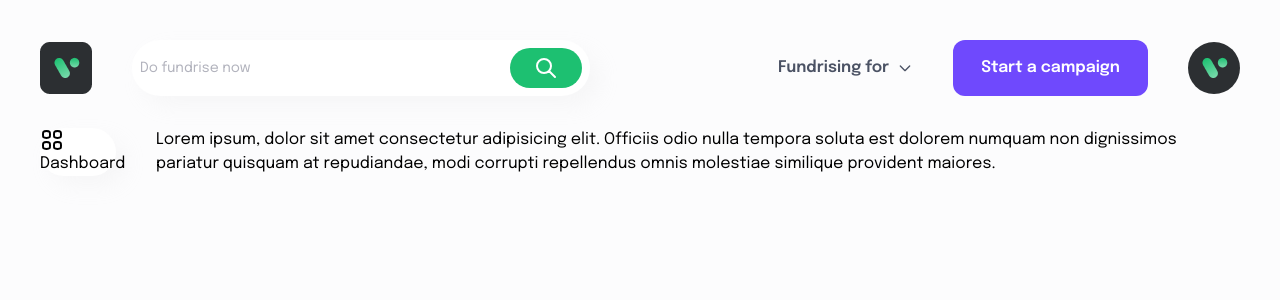
Repository: hoang0508/CrowFunding-APP
Page: /
The author's editor kept a copy of each file at every save. The page is drawn from the files as they stood at one save, then again after the next save.
The browser window is 1280 px wide. The pictures show the whole page.
The project was rebuilt for these pictures with package versions that can differ from the ones it lists, and the page was loaded fresh each time. Also part of the build but not shown: src/components/icons/IconEyeToggle.js, src/components/common/ErrorComponent.js, src/components/button/ButtonGoogle.js. Imported but missing from the stored project, and not drawn on this page: src/store/reducers.

Above is the page before, as saved 2022-07-21 09:33:04.

### public/index.html
<!DOCTYPE html>
<html lang="en">
  <head>
    <meta charset="utf-8" />
    <link rel="icon" href="%PUBLIC_URL%/favicon.ico" />
    <meta name="viewport" content="width=device-width, initial-scale=1" />
    <meta name="theme-color" content="#000000" />
    <meta
      name="description"
      content="Web site created using create-react-app"
    />
    <link rel="apple-touch-icon" href="%PUBLIC_URL%/logo192.png" />
    <!--
      manifest.json provides metadata used when your web app is installed on a
      user's mobile device or desktop. See https://developers.google.com/web/fundamentals/web-app-manifest/
    -->
    <link rel="manifest" href="%PUBLIC_URL%/manifest.json" />
    <!--
      Notice the use of %PUBLIC_URL% in the tags above.
      It will be replaced with the URL of the `public` folder during the build.
      Only files inside the `public` folder can be referenced from the HTML.

      Unlike "/favicon.ico" or "favicon.ico", "%PUBLIC_URL%/favicon.ico" will
      work correctly both with client-side routing and a non-root public URL.
      Learn how to configure a non-root public URL by running `npm run build`.
    -->
    <link rel="preconnect" href="https://fonts.googleapis.com" />
    <link rel="preconnect" href="https://fonts.gstatic.com" crossorigin />
    <link
      href="https://fonts.googleapis.com/css2?family=Epilogue:wght@400;500;600;700&display=swap"
      rel="stylesheet"
    />
    <title>Crowfunding App</title>
  </head>
  <body>
    <noscript>You need to enable JavaScript to run this app.</noscript>
    <div id="root"></div>
    <!--
      This HTML file is a template.
      If you open it directly in the browser, you will see an empty page.

      You can add webfonts, meta tags, or analytics to this file.
      The build step will place the bundled scripts into the <body> tag.

      To begin the development, run `npm start` or `yarn start`.
      To create a production bundle, use `npm run build` or `yarn build`.
    -->
  </body>
</html>

### src/index.js
import React from "react";
import { createRoot } from "react-dom/client";
import App from "./App";
import reportWebVitals from "./reportWebVitals";
import "./index.scss";
import { Provider } from "react-redux";
import { store } from "./store/configureStore";
import { BrowserRouter } from "react-router-dom";

const container = document.getElementById("root");
const root = createRoot(container);

root.render(
  <BrowserRouter>
    <Provider store={store}>
      <App />
    </Provider>
  </BrowserRouter>
);

// If you want to start measuring performance in your app, pass a function
// to log results (for example: reportWebVitals(console.log))
// or send to an analytics endpoint. Learn more: https://bit.ly/CRA-vitals
reportWebVitals();

### src/App.js
import React, { lazy, Suspense } from "react";
import { Route, Routes } from "react-router-dom";
const SignUpPage = lazy(() => import("./pages/SignUpPage"));
const SignInPage = lazy(() => import("./pages/SignInPage"));
const DashboardPage = lazy(() => import("pages/DashboardPage"));

function App() {
  return (
    <Suspense fallback={<></>}>
      <Routes>
        <Route path="/" element={<DashboardPage />}></Route>
        <Route path="/sign-up" element={<SignUpPage />}></Route>
        <Route path="/sign-in" element={<SignInPage />}></Route>
      </Routes>
    </Suspense>
  );
}

export default App;

### src/index.scss
@tailwind base;
@tailwind components;
@tailwind utilities;
@layer base {
  body {
    @apply font-primary text-base font-normal;
    line-height: 1.5;
  }
  input {
    @apply outline-none;
  }
}

input:focus + .error-input {
  display: none;
}

### src/store/configureStore.js
import { configureStore } from "@reduxjs/toolkit";
import createSagaMiddleware from "@redux-saga/core";
import logger from "redux-logger";
import { reducer } from "./reducers";
const sagaMiddleware = createSagaMiddleware();

export const store = configureStore({
  reducer: reducer,
  middleware: (gDM) => gDM().concat(logger, sagaMiddleware),
});
// sagaMiddleware.run(rootSaga);

### src/pages/DashboardPage.js
import LayoutDashboard from "layout/LayoutDashboard";
import React from "react";

const DashboardPage = () => {
  return (
    <LayoutDashboard>
      Lorem ipsum, dolor sit amet consectetur adipisicing elit. Officiis odio
      nulla tempora soluta est dolorem numquam non dignissimos pariatur quisquam
      at repudiandae, modi corrupti repellendus omnis molestiae similique
      provident maiores.
    </LayoutDashboard>
  );
};

export default DashboardPage;

### src/components/icons/index.js
export const { default: IconEyeToggle } = require("./IconEyeToggle");
export const { default: IconDashboard } = require("./IconDashboard");

### src/components/button/index.js
export const { default: Button } = require("./Button");
export const { default: ButtonGoogle } = require("./ButtonGoogle");

### src/layout/LayoutDashboard.js
import DashboardSidebar from "modules/dashboard/DashboardSidebar";
import DashboardTopbar from "modules/dashboard/DashboardTopbar";
import React from "react";

const LayoutDashboard = ({ children }) => {
  return (
    <div className="p-10 bg-lite min-h-screen">
      <DashboardTopbar></DashboardTopbar>
      <div className="flex items-start gap-x-10">
        <DashboardSidebar></DashboardSidebar>
        <div>{children}</div>
      </div>
    </div>
  );
};

export default LayoutDashboard;

### src/components/icons/IconDashboard.js
import React from "react";

const IconDashboard = () => {
  return (
    <span>
      <svg
        width={24}
        height={24}
        viewBox="0 0 24 24"
        fill="none"
        xmlns="http://www.w3.org/2000/svg"
      >
        <path
          fillRule="evenodd"
          clipRule="evenodd"
          d="M3 6.5C3 3.87479 3.02811 3 6.5 3C9.97189 3 10 3.87479 10 6.5C10 9.12521 10.0111 10 6.5 10C2.98893 10 3 9.12521 3 6.5Z"
          stroke="currentColor"
          strokeWidth={2}
          strokeLinecap="round"
          strokeLinejoin="round"
        />
        <path
          fillRule="evenodd"
          clipRule="evenodd"
          d="M14 6.5C14 3.87479 14.0281 3 17.5 3C20.9719 3 21 3.87479 21 6.5C21 9.12521 21.0111 10 17.5 10C13.9889 10 14 9.12521 14 6.5Z"
          stroke="currentColor"
          strokeWidth={2}
          strokeLinecap="round"
          strokeLinejoin="round"
        />
        <path
          fillRule="evenodd"
          clipRule="evenodd"
          d="M3 17.5C3 14.8748 3.02811 14 6.5 14C9.97189 14 10 14.8748 10 17.5C10 20.1252 10.0111 21 6.5 21C2.98893 21 3 20.1252 3 17.5Z"
          stroke="currentColor"
          strokeWidth={2}
          strokeLinecap="round"
          strokeLinejoin="round"
        />
        <path
          fillRule="evenodd"
          clipRule="evenodd"
          d="M14 17.5C14 14.8748 14.0281 14 17.5 14C20.9719 14 21 14.8748 21 17.5C21 20.1252 21.0111 21 17.5 21C13.9889 21 14 20.1252 14 17.5Z"
          stroke="currentColor"
          strokeWidth={2}
          strokeLinecap="round"
          strokeLinejoin="round"
        />
      </svg>
    </span>
  );
};

export default IconDashboard;

### src/components/button/Button.js
import React from "react";
import PropTypes from "prop-types";
import classNames from "utils/className";

const Button = ({
  type,
  children,
  className = "",
  isLoading = false,
  ...rest
}) => {
  const child = !!isLoading ? (
    <div className="w-10 h-10 border-4 border-white border-t-transparent border-b-transparent rounded-full animate-spin"></div>
  ) : (
    children
  );
  return (
    <button
      type={type}
      className={classNames(
        "font-semibold p-4 rounded-xl flex justify-center items-center min-h-[56px]  text-white",
        !!isLoading ? "opacity-50 pointer-events-none" : "",
        className
      )}
      // className={`font-semibold py-4 rounded-xl flex justify-center items-center min-h-[56px]
      // ${className} text-white ${
      //   !!isLoading ? "opacity-50 pointer-events-none" : ""
      // }`}
      {...rest}
    >
      {child}
    </button>
  );
};

Button.propTypes = {
  type: PropTypes.string.isRequired,
  className: PropTypes.string,
  children: PropTypes.node,
  isLoading: PropTypes.bool,
};

export default Button;

### src/modules/dashboard/DashboardSidebar.js
import { IconDashboard } from "components/icons";
import React from "react";
import { NavLink } from "react-router-dom";

const sidebarLinks = [
  {
    icon: <IconDashboard></IconDashboard>,
    title: "Dashboard",
    url: "/",
  },
];

const DashboardSidebar = () => {
  return (
    <div className="w-full md:w-[76px] rounded-3xl shadow-[10px_10px_20px_rgba(218,_213,_213,_0.15)] bg-white">
      {sidebarLinks.map((link) => (
        <NavLink to={link.url} key={link.title}>
          <span>{link.icon}</span>
          <span>{link.title}</span>
        </NavLink>
      ))}
    </div>
  );
};

export default DashboardSidebar;

### src/modules/dashboard/DashboardTopbar.js
import { Button } from "components/button";
import React from "react";
import DashboardFunc from "./DashboardFunc";
import DashboardSearch from "./DashboardSearch";

const DashboardTopbar = () => {
  return (
    <div className="flex items-center justify-between mb-8">
      <div className="flex items-center gap-x-10 flex-1">
        <img src="/logo.png" alt="crowfunding-app" />
        <div className="w-full max-w-[458px] ">
          <DashboardSearch></DashboardSearch>
        </div>
      </div>
      <div className="flex items-center gap-x-10 flex-1 justify-end">
        <DashboardFunc></DashboardFunc>
        <Button className="bg-secondary px-7">Start a campaign</Button>
        <img
          src="/logo.png"
          alt="crowfunding-app"
          className="rounded-full object-cover"
        />
      </div>
    </div>
  );
};

export default DashboardTopbar;

### src/utils/className.js
export default function classNames(...args) {
  return args
    .reduce((acc, val) => {
      if (typeof val === "string") {
        return acc.concat(val.split(" "));
      }
      return acc.concat(Object.values(val));
    }, [])
    .join(" ");
}

### src/modules/dashboard/DashboardFunc.js
import React from "react";

const DashboardFunc = () => {
  return (
    <div className="text-text2 font-semibold flex items-center gap-x-2">
      <span>Fundrising for</span>
      <span className="w-4">
        <svg
          xmlns="http://www.w3.org/2000/svg"
          className="h-6 w-6 max-w-full"
          fill="none"
          viewBox="0 0 24 24"
          stroke="currentColor"
        >
          <path
            strokeLinecap="round"
            strokeLinejoin="round"
            strokeWidth={2}
            d="M19 9l-7 7-7-7"
          />
        </svg>
      </span>
    </div>
  );
};

export default DashboardFunc;

### src/modules/dashboard/DashboardSearch.js
import React from "react";

const DashboardSearch = () => {
  return (
    <div className="bg-white rounded-full shadow-[10px_10px_20px_rgba(218,_213,_213,_0.15)] p-2 flex items-center">
      <div className="flex-1">
        <input
          type="text"
          placeholder="Do fundrise now"
          className=" w-full text-sm font-normal placeholder:text-text4 text-text1"
        />
      </div>
      <button className="w-[72px] h-10 rounded-full bg-primary text-white flex items-center justify-center flex-shrink-0">
        <svg
          xmlns="http://www.w3.org/2000/svg"
          className="h-6 w-6"
          fill="none"
          viewBox="0 0 24 24"
          stroke="currentColor"
        >
          <path
            strokeLinecap="round"
            strokeLinejoin="round"
            strokeWidth={2}
            d="M21 21l-6-6m2-5a7 7 0 11-14 0 7 7 0 0114 0z"
          />
        </svg>
      </button>
    </div>
  );
};

export default DashboardSearch;

### tailwind.config.js
module.exports = {
  darkMode: "class",
  content: ["./src/**/*.{js,jsx,ts,tsx}"],
  theme: {
    extend: {
      fontFamily: {
        primary: ["Epilogue", "sans-serif;"],
      },
      colors: {
        primary: "#1DC071",
        secondary: "#6F49FD",
        text1: "#171725",
        text2: "#4B5264",
        text3: "#808191",
        text4: "#B2B3BD",
        "icon-color": "#A2A2A8",
        white: "#FFFFFF",
        whiteSoft: "#FCFBFF",
        graySoft: "#FCFCFC",
        strock: "#F1F1F3",
        lite: "#FCFCFD",
        error: "#EB5757",
        darkbg: "#13131A",
        darkSecondary: "#1C1C24",
        softDark: "#22222C",
        darkSoft: "#24242C",
        darkStroke: "#3A3A43",
      },
    },
  },
  plugins: [],
};

Loaded but not shown: src/reportWebVitals.js (common file)

After the next save:
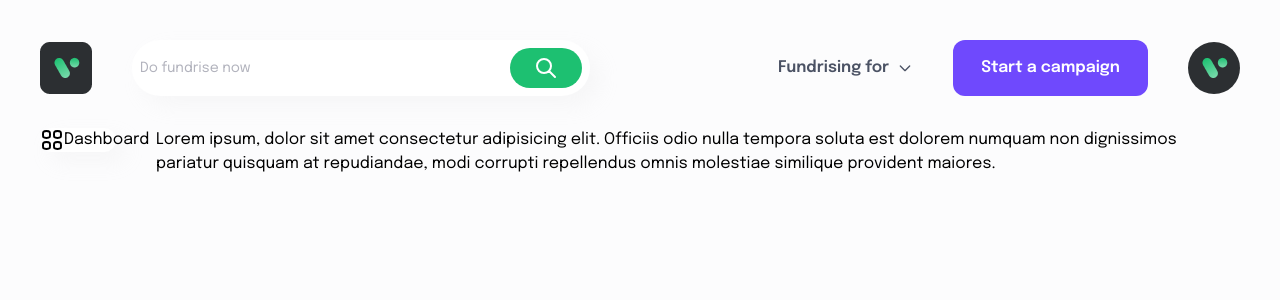
Saved 43 s later.
--- a/src/modules/dashboard/DashboardSidebar.js
+++ b/src/modules/dashboard/DashboardSidebar.js
@@ -14,7 +14,7 @@ const DashboardSidebar = () => {
   return (
     <div className="w-full md:w-[76px] rounded-3xl shadow-[10px_10px_20px_rgba(218,_213,_213,_0.15)] bg-white">
       {sidebarLinks.map((link) => (
-        <NavLink to={link.url} key={link.title}>
+        <NavLink to={link.url} key={link.title} className="flex items-center">
           <span>{link.icon}</span>
           <span>{link.title}</span>
         </NavLink>
